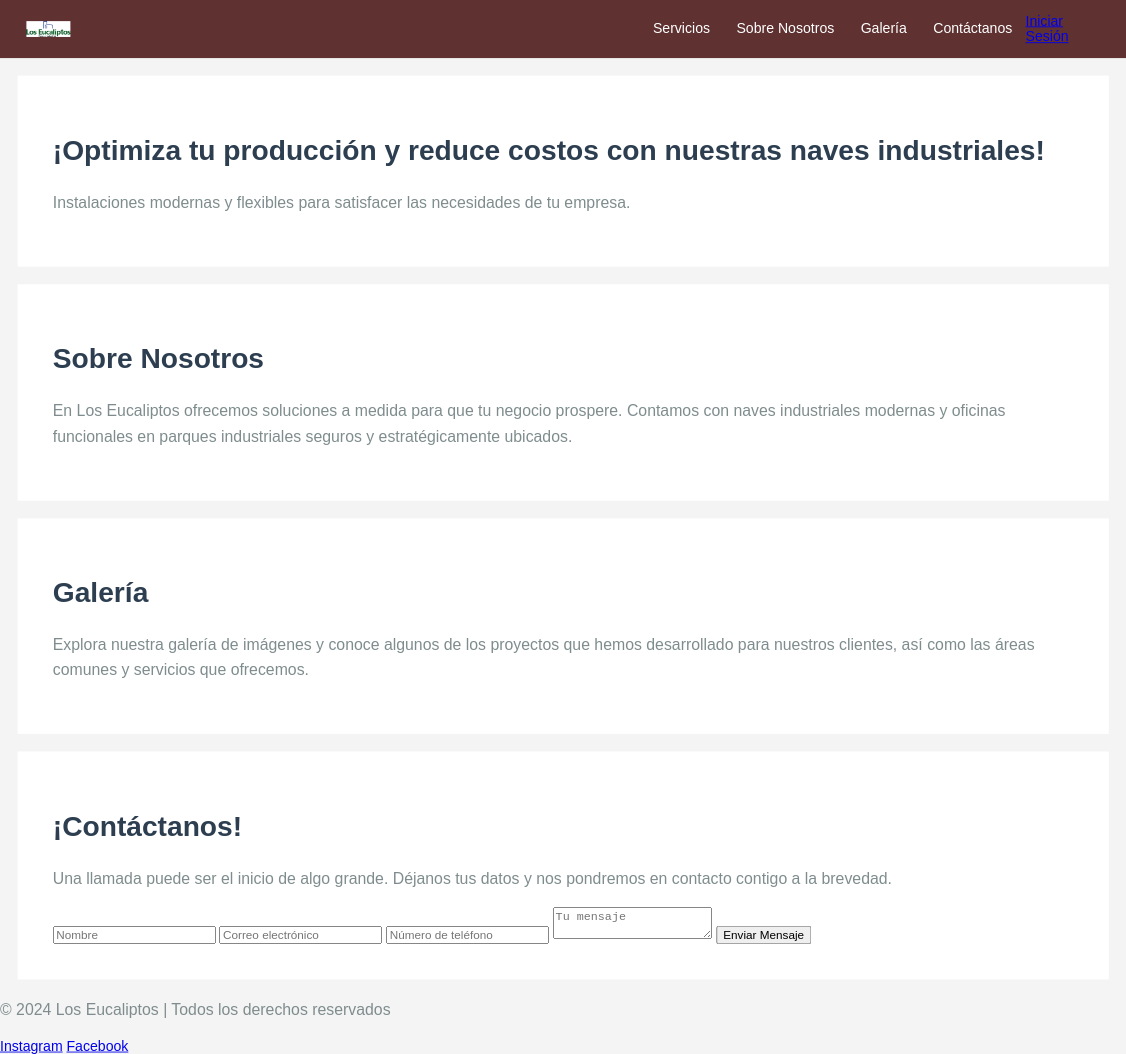
Repository: Los-Eucaliptos-WebApp/Los-Eucaliptos-FrontEnd
Page: pages/los-eucaliptos-home-page/index.html
An editor plug-in stored every save of this project. The page is shown before and after the next save, followed by the edit.
The browser window is 1280 px wide. The pictures show the whole page, at 88% of full size.

Above is the page before, as saved 2025-02-16 21:55:49.

### pages/los-eucaliptos-home-page/index.html
<!DOCTYPE html>
<html lang="es">
<head>
    <meta charset="UTF-8">
    <meta name="viewport" content="width=device-width, initial-scale=1.0">
    <title>Los Eucaliptos</title>
    <link rel="stylesheet" href="styles.css">
</head>
<body>

    <!-- ENCABEZADO -->
    <header>
        <div class="logo">
            <img src="/assets/logo-los-eucaliptos.png" alt="Los Eucaliptos Logo">
        </div>

        <nav>
            <ul>
                <li><a href="#servicios">Servicios</a></li>
                <li><a href="#sobre-nosotros">Sobre Nosotros</a></li>
                <li><a href="#galeria">Galería</a></li>
                <li><a href="#contactanos">Contáctanos</a></li>
            </ul>
        </nav>

        <div class="auth-button">
            <a href="login.html" class="btn">Iniciar Sesión</a>
        </div>
    </header>

    <!-- SECCIÓN PRINCIPAL -->
    <section id="servicios">
        <h2>¡Optimiza tu producción y reduce costos con nuestras naves industriales!</h2>
        <p>Instalaciones modernas y flexibles para satisfacer las necesidades de tu empresa.</p>
    </section>

    <section id="sobre-nosotros">
        <h2>Sobre Nosotros</h2>
        <p>En Los Eucaliptos ofrecemos soluciones a medida para que tu negocio prospere. Contamos con naves industriales modernas y oficinas funcionales en parques industriales seguros y estratégicamente ubicados.</p>
    </section>

    <section id="galeria">
        <h2>Galería</h2>
        <p>Explora nuestra galería de imágenes y conoce algunos de los proyectos que hemos desarrollado para nuestros clientes, así como las áreas comunes y servicios que ofrecemos.</p>
    </section>

    <section id="contactanos">
        <h2>¡Contáctanos!</h2>
        <p>Una llamada puede ser el inicio de algo grande. Déjanos tus datos y nos pondremos en contacto contigo a la brevedad.</p>

        <form action="send-message.php" method="POST">
            <input type="text" name="nombre" placeholder="Nombre" required>
            <input type="email" name="email" placeholder="Correo electrónico" required>
            <input type="tel" name="telefono" placeholder="Número de teléfono" required>
            <textarea name="mensaje" placeholder="Tu mensaje" required></textarea>
            <button type="submit">Enviar Mensaje</button>
        </form>
    </section>

    <footer>
        <p>© 2024 Los Eucaliptos | Todos los derechos reservados</p>
        <div class="social">
            <a href="https://www.instagram.com" target="_blank">Instagram</a>
            <a href="https://www.facebook.com" target="_blank">Facebook</a>
        </div>
    </footer>

</body>
</html>

### pages/los-eucaliptos-home-page/styles.css
/* Estilos generales del cuerpo */
body {
    font-family: Arial, sans-serif;
    margin: 0;
    padding: 0;
    background-color: #f4f4f4;
}

/* ENCABEZADO */
header {
    display: flex;
    justify-content: space-between;
    align-items: center;
    background: #5f3131;
    color: rgb(10, 45, 85);
    padding: 15px 30px;
}

/* Contenedor del logo */
.logo {
    display: flex;
    align-items: center;
    justify-content: flex-start;  /* Alinea a la izquierda */
    margin: 0;
}

/* Tamaño de la imagen */
.logo img {
    width: 50px;  /* Ajusta el tamaño del logo */
    height: auto;
    margin-right: 10px;
}

/* Estilo del texto del logo */
.logo h1 {
    font-size: 24px;
    margin: 0;
    color: white;
}

/* NAVEGACIÓN */
nav {
    display: flex;
    align-items: center;
    justify-content: flex-end;  /* Alinea los botones de navegación a la derecha */
    width: 100%; /* Asegura que ocupe todo el ancho */
}

nav ul {
    list-style: none;
    display: flex;
    margin: 0;
    padding: 0;
}

nav ul li {
    margin: 0 15px;
}

nav ul li a {
    color: white;
    text-decoration: none;
    font-size: 16px;
}

/* BOTONES DE INICIO Y REGISTRO */
.auth-buttons {
    display: flex;
    align-items: center;
    margin-left: 20px;
}

.auth-buttons .btn {
    background-color: #f5f5f5;
    color: white;
    padding: 10px 15px;
    border-radius: 5px;
    text-decoration: none;
    margin-left: 10px;
}

.auth-buttons .btn-secondary {
    background-color: #28a745;
}

/* ESTILOS ADICIONALES PARA LA PÁGINA */
section {
    padding: 40px;
    background-color: white;
    margin: 20px;
}

h2 {
    font-size: 32px;
    color: #2C3E50;
}

p {
    font-size: 18px;
    line-height: 1.6;
    color: #7f8c8d;
}

After the next save:
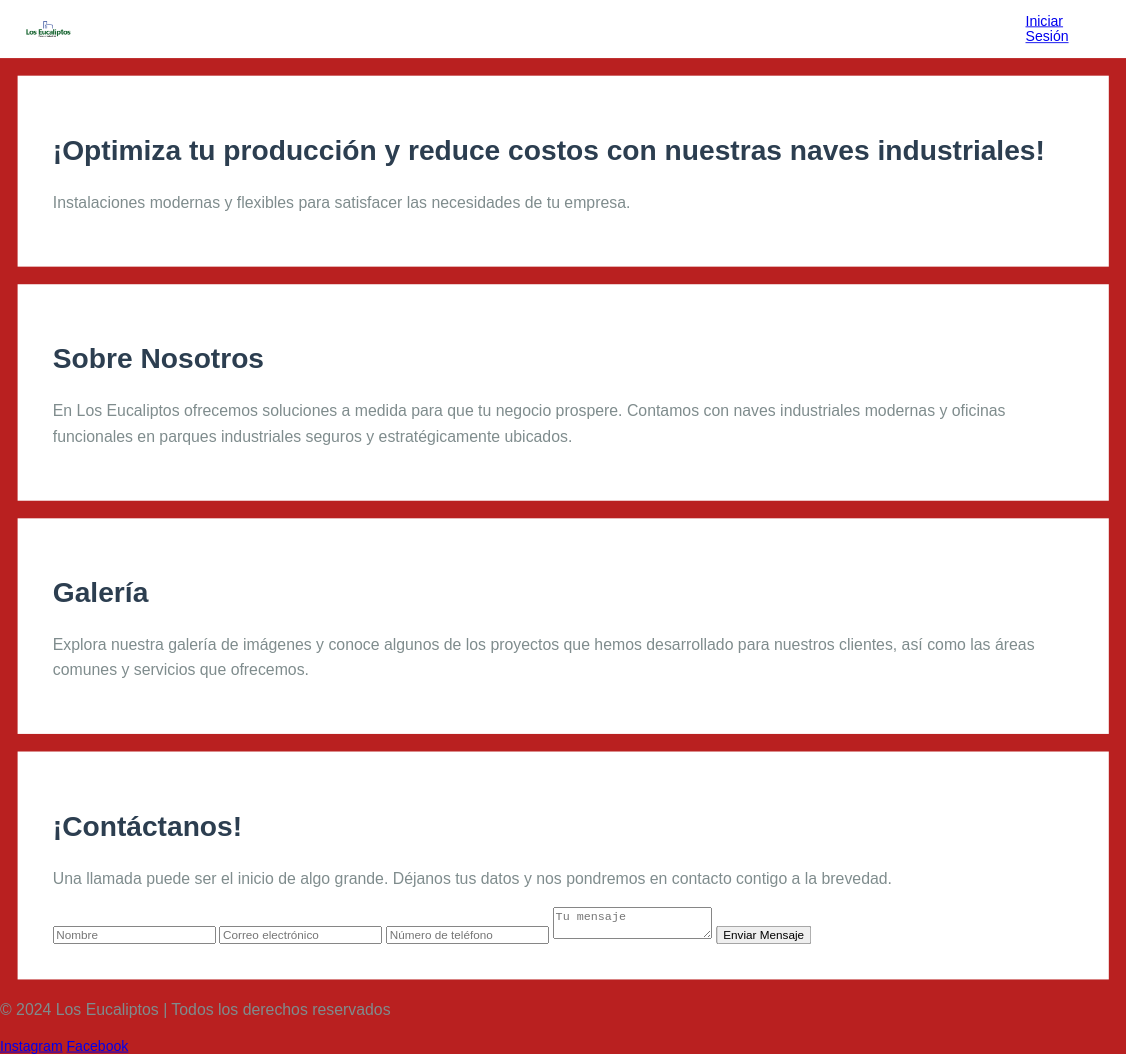
Saved 4 s later.
--- a/pages/los-eucaliptos-home-page/styles.css
+++ b/pages/los-eucaliptos-home-page/styles.css
@@ -3,7 +3,7 @@ body {
     font-family: Arial, sans-serif;
     margin: 0;
     padding: 0;
-    background-color: #f4f4f4;
+    background-color: #b92020;
 }
 
 /* ENCABEZADO */
@@ -11,7 +11,7 @@ header {
     display: flex;
     justify-content: space-between;
     align-items: center;
-    background: #5f3131;
+    background: #ffffff;
     color: rgb(10, 45, 85);
     padding: 15px 30px;
 }
